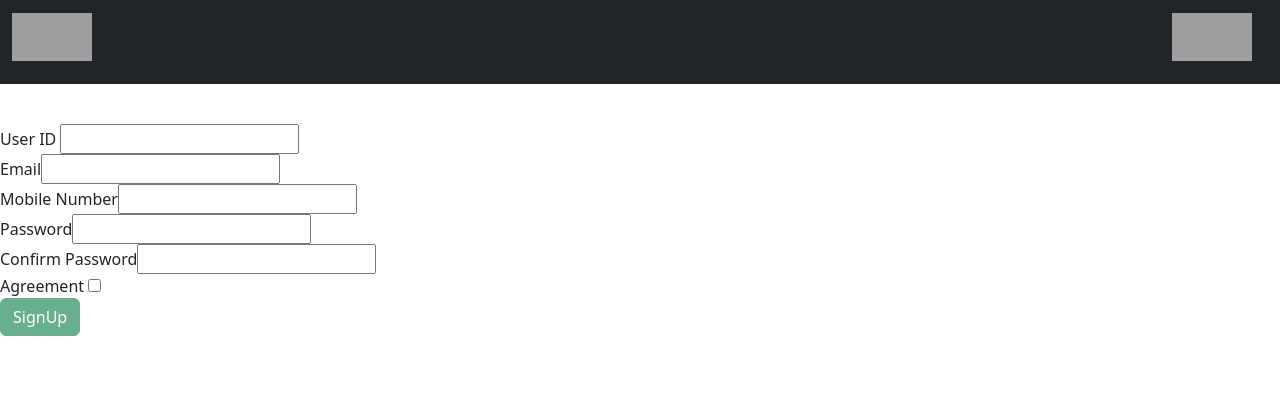
Repository: Rudreshwarhiremath/Projects-cm
Page: http://localhost/xworkz-rudra-cm/signUp.jsp
These files come from the project's save history. The page is drawn as it stood at one moment and after the next save; the edit follows.
The browser window is 1280 px wide. The pictures show the whole page.
Pictures or frames that could not be fetched are drawn as grey boxes. The page is served by Tomcat 9. Other server files are loaded and not shown.

Above is the page before, as saved 2023-03-28 17:48:07.

### xworkz-rudra-cm/src/main/webapp/signUp.jsp
<%@ page language="java" contentType="text/html; charset=ISO-8859-1"
	pageEncoding="ISO-8859-1"%>
<%@ taglib uri="http://java.sun.com/jsp/jstl/core" prefix="c"%>
<!DOCTYPE html>
<html>
<head>
<meta charset="ISO-8859-1">
<title>X-Workz</title>
<link
	href="https://cdn.jsdelivr.net/npm/bootstrap@5.3.0-alpha1/dist/css/bootstrap.min.css"
	rel="stylesheet"
	integrity="sha384-GLhlTQ8iRABdZLl6O3oVMWSktQOp6b7In1Zl3/Jr59b6EGGoI1aFkw7cmDA6j6gD"
	crossorigin="anonymous">
<script
	src="https://cdn.jsdelivr.net/npm/bootstrap@5.3.0-alpha1/dist/js/bootstrap.bundle.min.js"
	integrity="sha384-w76AqPfDkMBDXo30jS1Sgez6pr3x5MlQ1ZAGC+nuZB+EYdgRZgiwxhTBTkF7CXvN"
	crossorigin="anonymous"></script>
</head>
<body>
	<nav class="navbar navbar-expand-lg-navbar-Light bg-dark">
		<div class="container-fluid">
			<a class="navbar-brand" href="#"> <img
				src=" https://x-workz.in/static/media/Logo.cf195593dc1b3f921369.png"
				alt="" width="80" height="48" class="d-inline-block align text-top">
				<a class="navbar-brand" href="#"> <img
				src=" https://x-workz.in/static/media/Logo.cf195593dc1b3f921369.png"
				alt="" width="80" height="48" class="d-inline-block align text-top">
		</div>
	</nav>
	<h1 style="color: green;">${message}</h1>
	<h5 style="color: red;">${messag}<br>
	<c:forEach items="${errors}" var="e">${e.message}</c:forEach>
	</h5>
	<form action="save" method="post">
User ID	<input type="text" name="userId" id="userName"  onchange="ValideName()">
<span id="nameError" style="color: red"></span><br>


Email<input type="email" name="email" id="emailId" onchange="valideEmail()">
<span id="emailError" style="color: red"></span><br>


Mobile Number<input type="number" name="mobile" id="userMobile" onchange="ValideMobile()">
<span id="mobileError" style="color: red"></span> <br>


Password<input type="password" name="password" id="userPassword" onchange="ValidePassword()">
<span id="passwordError" style="color: red"></span> <br>

Confirm Password<input type="password" name="confirmPassword" id="userPassword" onchange="ValidePassword()">
<span id="passwordError" style="color: red"></span> <br>

Agreement <input type="checkbox" name="agreement" id="agreementConform" onclick="onconform()"> <br>
<button type="submit" class="btn btn-success" id="submitId"  disabled="true">SignUp</button>
</form>

<script>
function onconform() {
var agree=document.getElementById('agreementConform');
console.log(agree.checked);
if(agree.checked){
	document.getElementById('submitId').disabled=false;
}else{
	document.getElementById('submitId').disabled='disabled';
}

}
function ValideName() {
var	user=document.getElementById('userName');
var uservalue=user.value;
console.log(uservalue);
if(uservalue!=null && uservalue!="" && uservalue.length>3 && uservalue.length<30 )
{
	console.log('valide name');
	document.getElementById('nameError').innerHTML='';
}
else
{
	console.log('invalide name');
	document.getElementById('nameError').innerHTML='Plese enter valide name min 4 and max 30 character';
}

}
function valideEmail() {
	var	userEmail=document.getElementById('emailId');
	var userEmailvalue=userEmail.value;
	console.log(userEmailvalue);
	if(userEmailvalue!=null && userEmailvalue!="" && userEmailvalue.length>4 && userEmailvalue.length<40 )
	{
		console.log('valide email');
		document.getElementById('emailError').innerHTML='';
	}
	else
	{
		console.log('invalide email');
		document.getElementById('emailError').innerHTML='Plese enter valide email';
	}

}
function ValideMobile() {
	var	userMobile=document.getElementById('userMobile');
	var userMobilevalue=userMobile.value;
	console.log(userMobilevalue);
	if(userMobilevalue!=null && userMobilevalue!="" && userMobilevalue.length==10)
	{
		console.log('valide mobile');
		document.getElementById('mobileError').innerHTML='';
	}
	else
	{
		console.log('invalide mobile');
		document.getElementById('mobileError').innerHTML='Plese enter valide Mobile Number';
	}

}
function ValidePassword() {
	var	userPassword=document.getElementById('userPassword');
	var userPasswordvalue=userPassword.value;
	console.log(userPasswordvalue);
	if(userPasswordvalue!=null && userPasswordvalue!="" && userPasswordvalue.length>4 && userPasswordvalue.length<12)
	{
		console.log('valide password');
		document.getElementById('passwordError').innerHTML='';
	}
	else
	{
		console.log('invalide password');
		document.getElementById('passwordError').innerHTML='Plese enter valide password';
	}

}



</script>
</body>
</html>

After the next save:
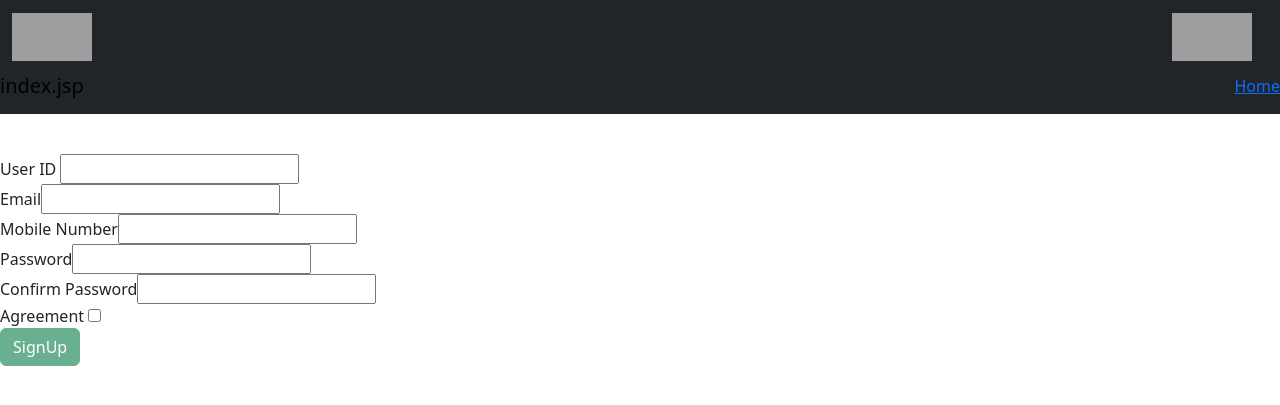
Saved 2 min 20 s later.
--- a/xworkz-rudra-cm/src/main/webapp/signUp.jsp
+++ b/xworkz-rudra-cm/src/main/webapp/signUp.jsp
@@ -26,6 +26,8 @@
 				src=" https://x-workz.in/static/media/Logo.cf195593dc1b3f921369.png"
 				alt="" width="80" height="48" class="d-inline-block align text-top">
 		</div>
+		index.jsp
+		<a href="index.jsp">Home</a>
 	</nav>
 	<h1 style="color: green;">${message}</h1>
 	<h5 style="color: red;">${messag}<br>
